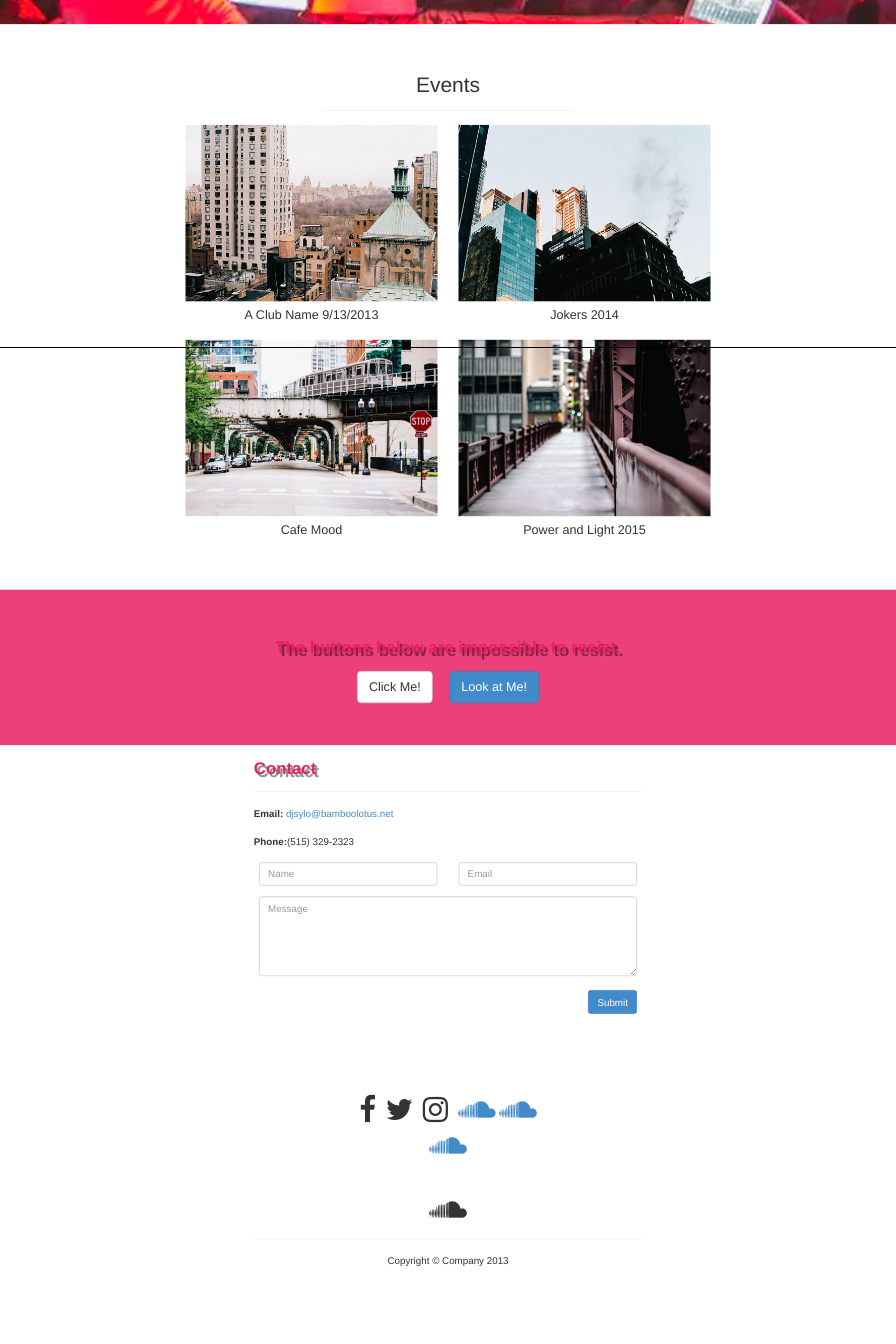
Repository: BambooXLotus/DjSylo
Page: client/index.html
The author's editor kept a record of every edit. The page is drawn from the files as they stood at one moment, then again after the next edit.
The browser window is 1280 px wide. The pictures show the part of the page from y = 2409 to 4329 px (the page is 4329 px tall), at 70% of full size.
Some icons come from a web library that is not loaded, so they are not drawn. Backgrounds fixed to the window are drawn as part of the page. Some web libraries are served in a nearby version.

Above is the page before.
Not found: client/less.js

After the next edit:
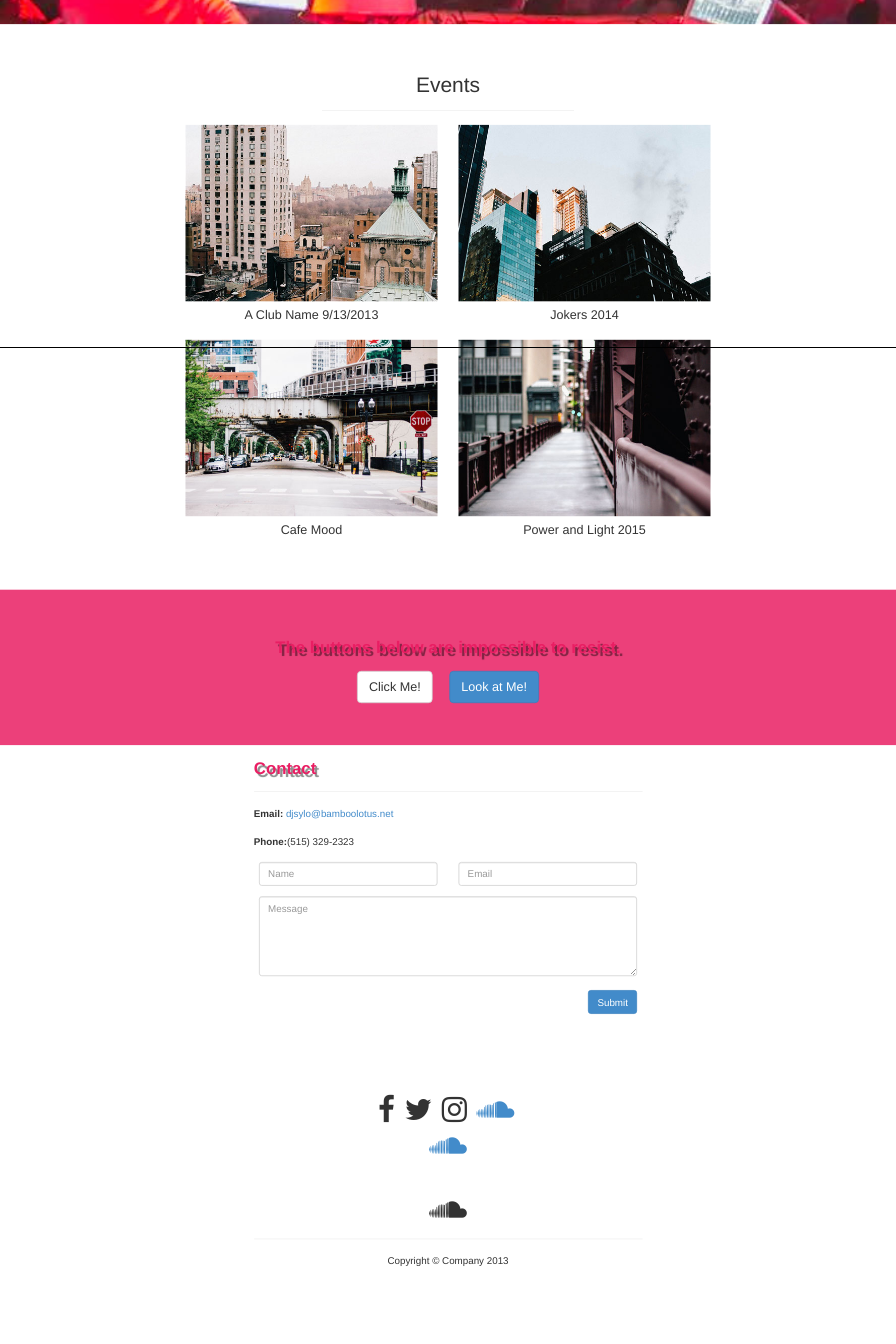
The edit:
--- a/client/index.html
+++ b/client/index.html
@@ -295,7 +295,6 @@
                         <li>
                             <a class="fa fa-soundcloud fa-3x" href="https://soundcloud.com/bambooproduction/sets">
                                 </i>
-                        </li>
                     </ul>
                     <div class="top-scroll">
                         <a href="#top"><i class="fa fa-circle-arrow-up scroll fa-4x"></i></a>
